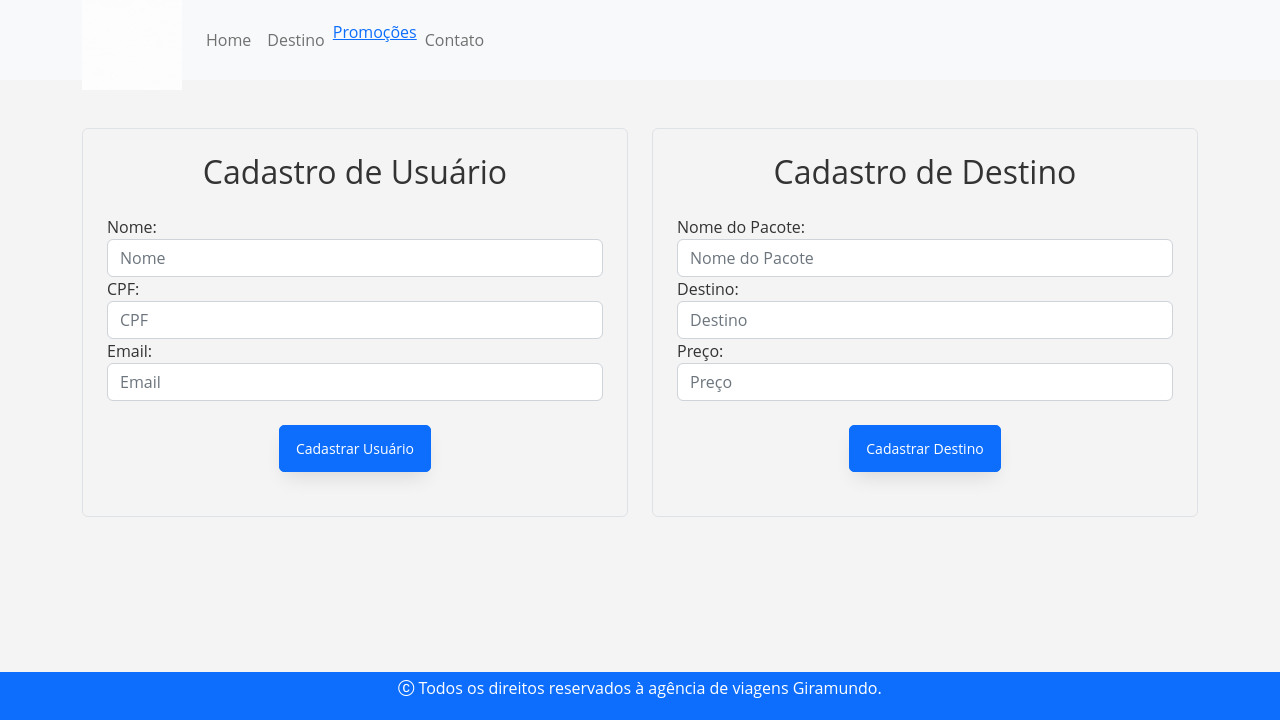
Repository: caiopiabas/RECODE-ENTREGA-3
Page: http://localhost/AgenciaViagem3/cadastro.jsp
These files come from the project's save history. The page is drawn as it stood at one moment and after the next save; the edit follows.
The browser window is 1280 px wide. The pictures show the whole page.
Some web libraries are served in a nearby version. The page is served by Tomcat 9. Other server files are loaded and not shown.

Above is the page before, as saved 2023-11-01 05:58:26.

### AgenciaViagem3/src/main/webapp/cadastro.jsp
<%@ page language="java" contentType="text/html; charset=UTF-8" pageEncoding="UTF-8"%>
<!DOCTYPE html>
<html lang="pt-br">
<head>
    <meta charset="utf-8">
    <meta name="viewport" content="width=device-width, initial-scale=1">
    <title>Cadastro de Usuário e Destino</title>
    <link rel="stylesheet" href="https://cdn.jsdelivr.net/npm/bootstrap-icons@1.10.5/font/bootstrap-icons.css">
    <link href="https://cdn.jsdelivr.net/npm/bootstrap@5.2.3/dist/css/bootstrap.min.css" rel="stylesheet"
        integrity="sha384-rbsA2VBKQhggwzxH7pPCaAqO46MgnOM80zW1RWuH61DGLwZJEdK2Kadq2F9CUG65" crossorigin="anonymous">
    <link rel="stylesheet" href="assets/css/style.css">
</head>
<body>
    <!-- Menu Principal -->
    <nav class="navbar navbar-expand-lg navbar-light bg-light" style="height: 80px;">
        <div class="container">
            <a class="navbar-brand" href="#">
                <img src="./assets/images/logo.gif" alt="logo" class="img-fluid" width="100" height="80">
            </a>
            <button class="navbar-toggler" type="button" data-bs-toggle="collapse"
                data-bs-target="#navbarSupportedContent" aria-controls="navbarSupportedContent" aria-expanded="false"
                aria-label="Toggle navigation">
                <span class="navbar-toggler-icon"></span>
            </button>

            <div class="collapse navbar-collapse" id="navbarSupportedContent">
                <ul class="navbar-nav me-auto mb-2 mb-lg-0">
                    <li class="nav-item">
                        <a class="nav-link" aria-current="page" href="cadastro.jsp">Home</a>
                    </li>
                    <li class="nav-item">
                        <a class="nav-link" href="destino.html">Destino</a>
                    </li>
                    <li class="nav-item">
                        <a class a nav-link href="promocoes.html">Promoções</a>
                    </li>
                    <li class="nav-item">
                        <a class="nav-link" href="contato.html">Contato</a>
                    </li>
                </ul>
            </div>
        </div>
    </nav>

    <div class="container mt-5">
        <div class="row">
            <div class="col-md-6">
                <!-- Formulário de Cadastro de Usuário -->
                <div class="border p-4 rounded">
                    <h2 class="text-center mb-4">Cadastro de Usuário</h2>
                    <form action="processarCadastro.jsp" method="post">
                        <div class="form-group">
                            <label for="nome">Nome:</label>
                            <input type="text" class="form-control" id="nome" name="nome" placeholder="Nome">
                        </div>

                        <div class="form-group">
                            <label for="cpf">CPF:</label>
                            <input type="text" class="form-control" id="cpf" name="cpf" placeholder="CPF">
                        </div>

                        <div class="form-group">
                            <label for="email">Email:</label>
                            <input type="email" class="form-control" id="email" name="email" placeholder="Email">
                        </div>

                        <div class="form-group text-center">
                            <button type="submit" class="btn btn-primary mt-4">Cadastrar Usuário</button>
                        </div>
                        <input type="hidden" name="action" value="user">
                    </form>
                </div>
            </div>

            <div class="col-md-6">
                <!-- Formulário de Cadastro de Destino -->
                <div class="border p-4 rounded">
                    <h2 class="text-center mb-4">Cadastro de Destino</h2>
                    <form action="processarCadastro.jsp" method="post">
                        <div class="form-group">
                            <label for="nomePacote">Nome do Pacote:</label>
                            <input type="text" class="form-control" id="nomePacote" name="nomePacote" placeholder="Nome do Pacote">
                        </div>

                        <div class="form-group">
                            <label for="destino">Destino:</label>
                            <input type="text" class="form-control" id="destino" name="destino" placeholder="Destino">
                        </div>

                        <div class="form-group">
                            <label for="preco">Preço:</label>
                            <input type="text" class="form-control" id="preco" name="preco" placeholder="Preço">
                        </div>

                        <div class="form-group text-center">
                            <button type="submit" class="btn btn-primary mt-4">Cadastrar Destino</button>
                        </div>
                        <input type="hidden" name="action" value="destination">
                    </form>
                </div>
            </div>
        </div>
    </div>

    <!-- Rodapé -->
    <footer class="bg-primary text-center text-white p-1 fixed-bottom">
        <p><i class="bi bi-c-circle" style="font-size:1rem"></i>
            Todos os direitos reservados à agência de viagens Giramundo.</p>
    </footer>

    <!-- Scripts JavaScript do Bootstrap -->
    <script src="https://code.jquery.com/jquery-3.5.1.slim.min.js"></script>
    <script src="https://cdn.jsdelivr.net/npm/@popperjs/core@2.5.3/dist/umd/popper.min.js"></script>
    <script src="https://maxcdn.bootstrapcdn.com/bootstrap/4.5.2/js/bootstrap.min.js"></script>
</body>
</html>

### AgenciaViagem3/src/main/webapp/assets/css/style.css
body {

	margin: 0;
	padding: 0;
	background-color: #f4f4f4;
	font-family: 'Open Sans', sans-serif;
	color: #333;
}

h1,
h2,
h3,
h4,
h5,
h6 {
	color: #333;
}

.btn {
	padding: 12px 16px;
	cursor: pointer;
	border-width: 1px;
	border-radius: 5px;
	font-size: 14px;
	font-weight: 400;
	-webkit-box-shadow: 0px 10px 20px -6px rgba(0, 0, 0, 0.12);
	-moz-box-shadow: 0px 10px 20px -6px rgba(0, 0, 0, 0.12);
	box-shadow: 0px 10px 20px -6px rgba(0, 0, 0, 0.12);
	position: relative;
	margin-bottom: 20px;
	-webkit-transition: .3s;
	-moz-transition: .3s;
	-o-transition: .3s;
	transition: .3s;
}

.btn:hover,
.btn:active,
.btn:focus {
	outline: none !important;
	-webkit-box-shadow: 0px 10px 20px -6px rgba(0, 0, 0, 0.22) !important;
	-moz-box-shadow: 0px 10px 20px -6px rgba(0, 0, 0, 0.22) !important;
	box-shadow: 0px 10px 20px -6px rgba(0, 0, 0, 0.22) !important;
}

.btn.btn-primary {
	background: primary !important;
	border-color: primary !important;
	color: white;

	&:hover,
	&:focus {
		border-color: darken(primary, 10%) !important;
		background: darken(primary, 10%) !important;
	}
}

.contactForm {
	.label {
		color: black;
		text-transform: uppercase;
		font-size: 12px;
		font-weight: 600;
	}

	.form-control {
		border: none;
		border-bottom: 1px solid rgba(0, 0, 0, .1);
		padding: 0;
	}
}

#contactForm {
	.error {
		color: red;
		font-size: 12px;
	}

	.form-control {
		font-size: 16px;
	}
}

#message {
	resize: vertical;
}

#form-message-warning,
#form-message-success {
	display: none;
}

#form-message-warning {
	color: red;
}

#form-message-success {
	color: success;
	font-size: 18px;
	font-weight: bold;
}

.submitting {
	float: left;
	width: 100%;
	padding: 10px 0;
	display: none;
	font-size: 16px;
	font-weight: bold;
}


.form-bg {
	background-image: url('../images/fundoForm.jpg');
	background-size: cover;
	background-repeat: no-repeat;
	background-attachment: fixed;
}

After the next save:
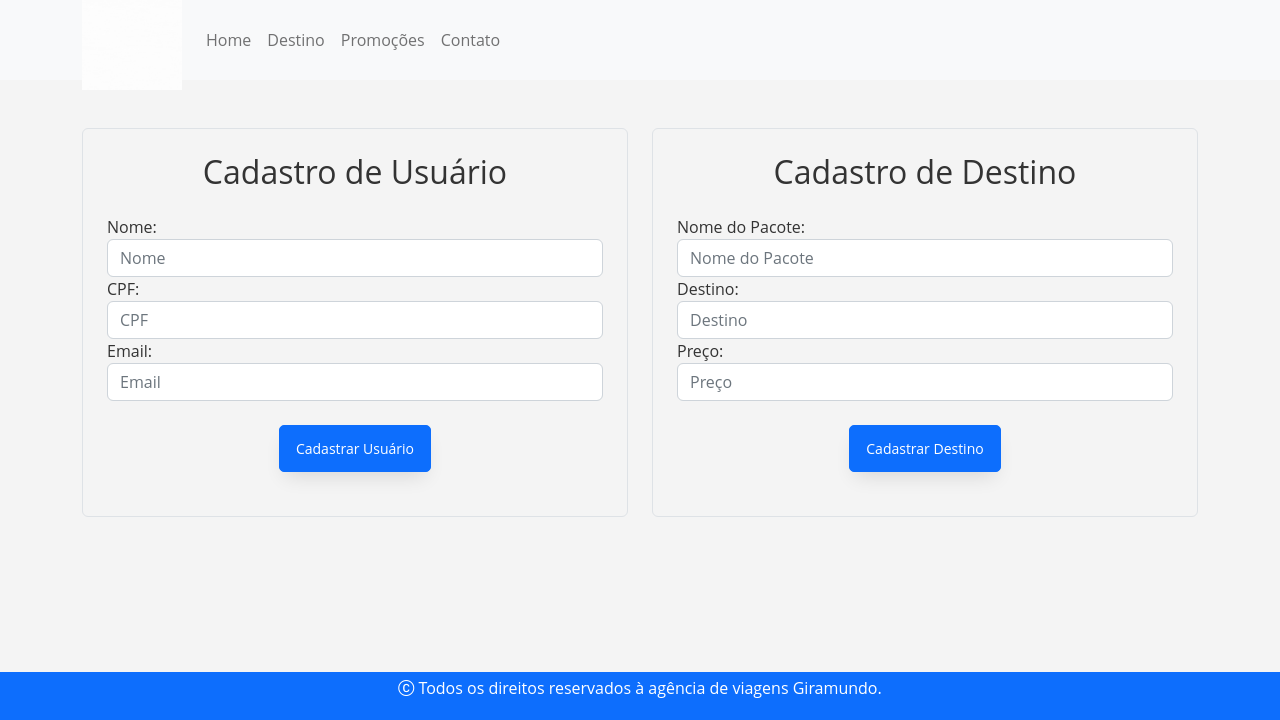
Saved 9 min 15 s later.
--- a/AgenciaViagem3/src/main/webapp/cadastro.jsp
+++ b/AgenciaViagem3/src/main/webapp/cadastro.jsp
@@ -32,7 +32,7 @@
                         <a class="nav-link" href="destino.html">Destino</a>
                     </li>
                     <li class="nav-item">
-                        <a class a nav-link href="promocoes.html">Promoções</a>
+                        <a class=nav-link href="promocoes.html">Promoções</a>
                     </li>
                     <li class="nav-item">
                         <a class="nav-link" href="contato.html">Contato</a>
